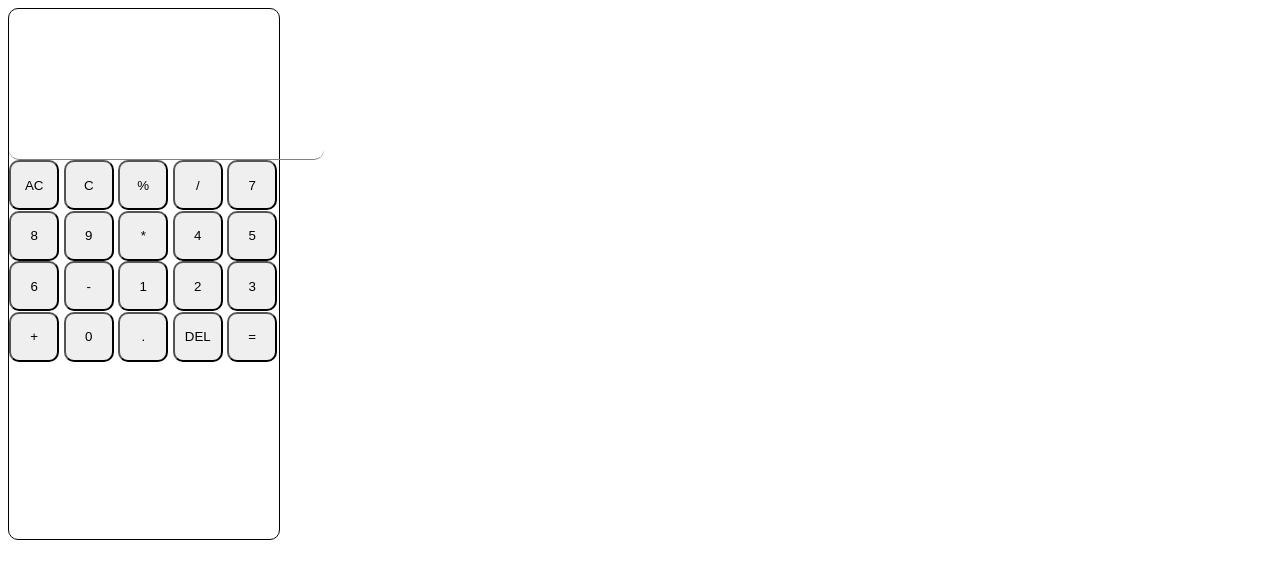
Repository: baziz22/Vanilla_JS_Projects
Page: claculator/index.html
These files come from the project's save history. The page is drawn as it stood at one moment and after the next save; the edit follows.
The browser window is 1280 px wide. The pictures show the whole page.

Above is the page before, as saved 2022-03-02 02:13:30.
Console error: SyntaxError: Malformed arrow function parameter list

After the next save:
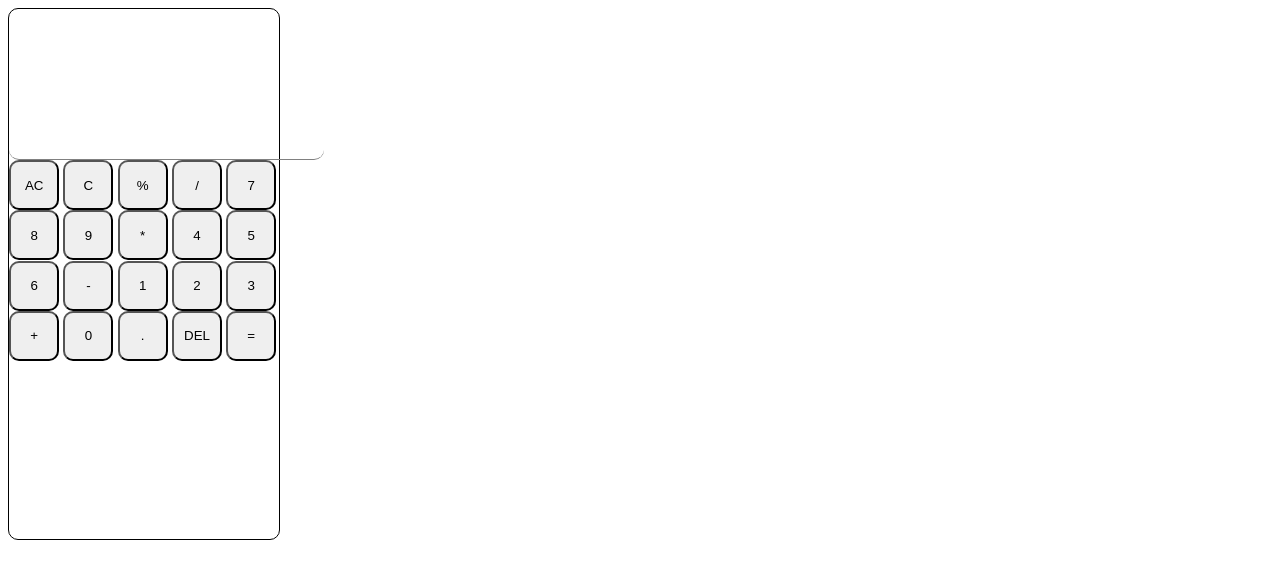
Saved 31 s later.
--- a/claculator/style.css
+++ b/claculator/style.css
@@ -5,7 +5,7 @@
   height: 530px;
 }
 button {
-  margin: 0.25px;
+  margin: 0.15px;
   width: 50px;
   height: 50px;
   border-radius: 10px;
